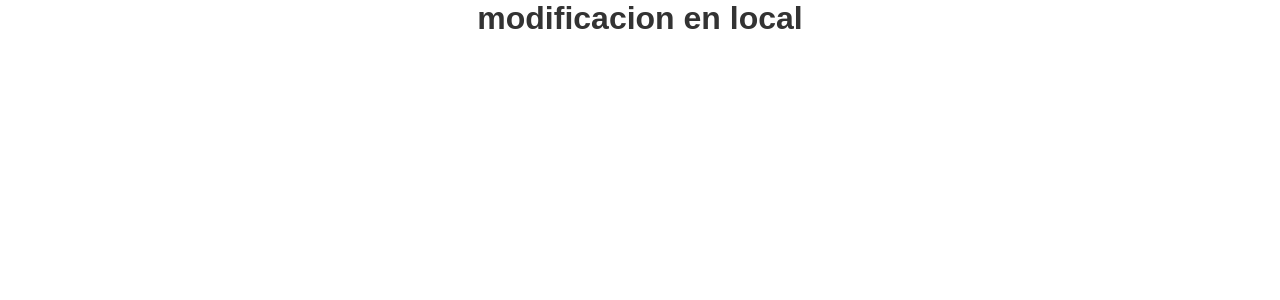
Repository: Sergio9999/ejercicio2
Page: ejercicio2/index.html
The author's editor kept a copy of each file at every save. The page is drawn from the files as they stood at one save, then again after the next save.
The browser window is 1280 px wide. The pictures show the whole page.

Above is the page before, as saved 2023-11-22 18:30:02.

### ejercicio2/index.html
<html>
    <head>
        <title>Mi Blog</title>
        <link rel="stylesheet" href="css/estilos.css" />
    </head>
    <body>
        <h1>modificacion en local</h1>
    </body>
</html>

### css/estilos.css
body
{
    color: #333;
    text-align: center;
    font-family: Arial;
    font-size: 16px;
    margin: 0;
    padding: 0;
}

#cabecera
{
    background: rgb(10, 54, 199);
    box-shadow: 0px 2px 20px 0px rgba(0,0,0,0.5);
    color: white;
    font-weight: bold;
    margin: 0;
    padding: 0.5em;
}

#cabecera #encabezado
{
    padding: 0 0 0 1em;
    font-weight: normal;
    font-size: 0.8em;
}

#contenedor
{
    width: 70%;
    padding: 0;
    text-align: left;
    border: 1px solid #DDD;
    margin: 0 auto;
}

#img
{
    width: 50%;
}

#img2
{
    width: 50%;
}

#img3

{
    width: 50%;
}

#contenedor h1
{
    font-size: 20px;
}

#post
{
    padding: 1em;
}

After the next save:
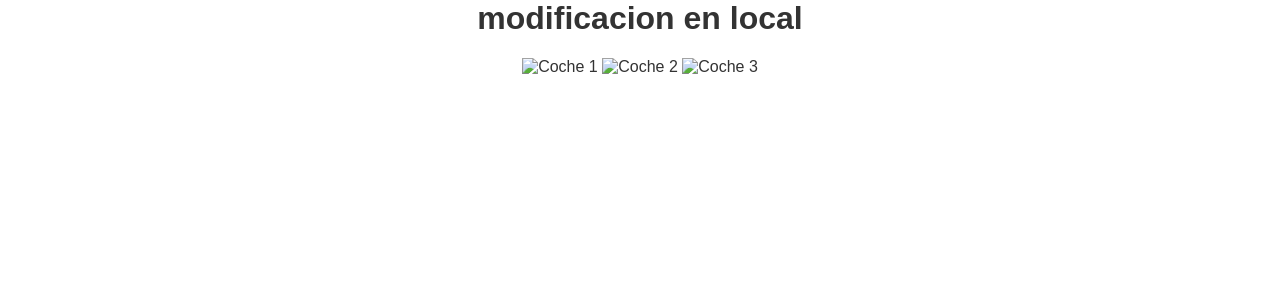
Not found: ejercicio2/coche1.jpg
Not found: ejercicio2/coche2.jpg
Not found: ejercicio2/coche3.jpg
Saved 76 min 7 s later.
--- a/ejercicio2/index.html
+++ b/ejercicio2/index.html
@@ -5,5 +5,8 @@
     </head>
     <body>
         <h1>modificacion en local</h1>
+        <img src="coche1.jpg" alt="Coche 1">
+        <img src="coche2.jpg" alt="Coche 2">
+        <img src="coche3.jpg" alt="Coche 3">
     </body>
 </html>
